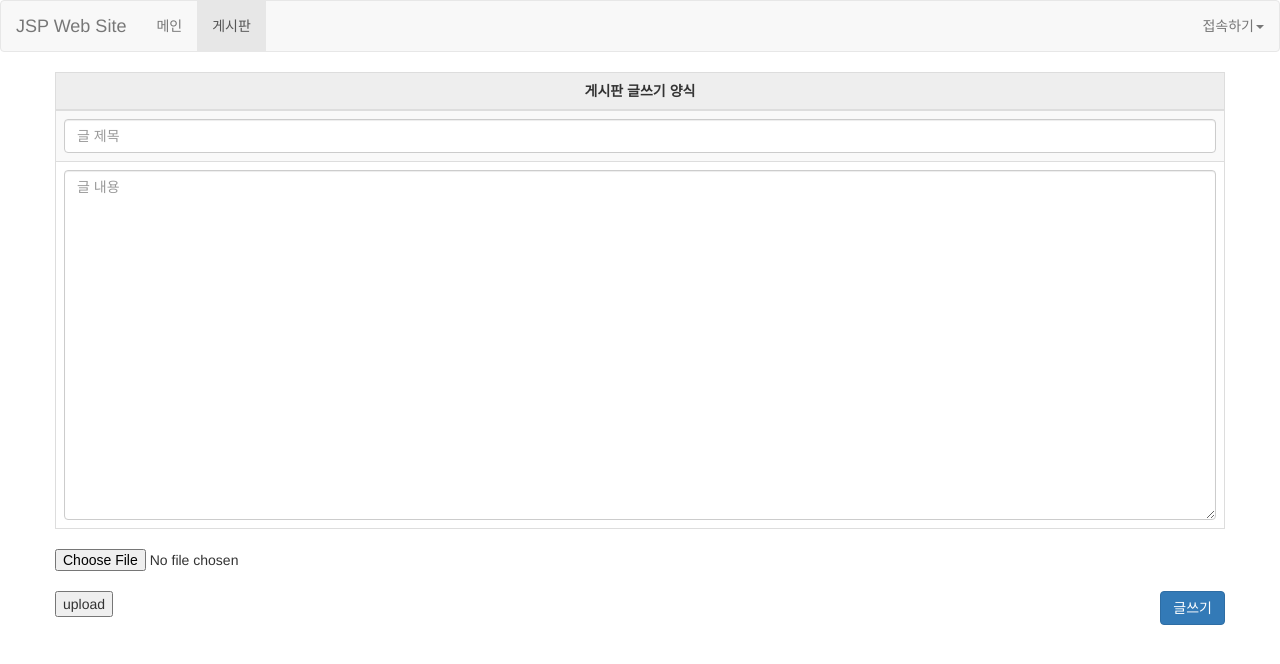
Repository: seung-kook/JSPBBSUPLOAD
Page: http://localhost/BBS/write.jsp
An editor plug-in stored every save of this project. The page is shown before and after the next save, followed by the edit.
The browser window is 1280 px wide. The pictures show the whole page.
Some web libraries are served in a nearby version. The page is served by Tomcat 9.

Above is the page before, as saved 2022-03-15 00:56:42.

After the next save:
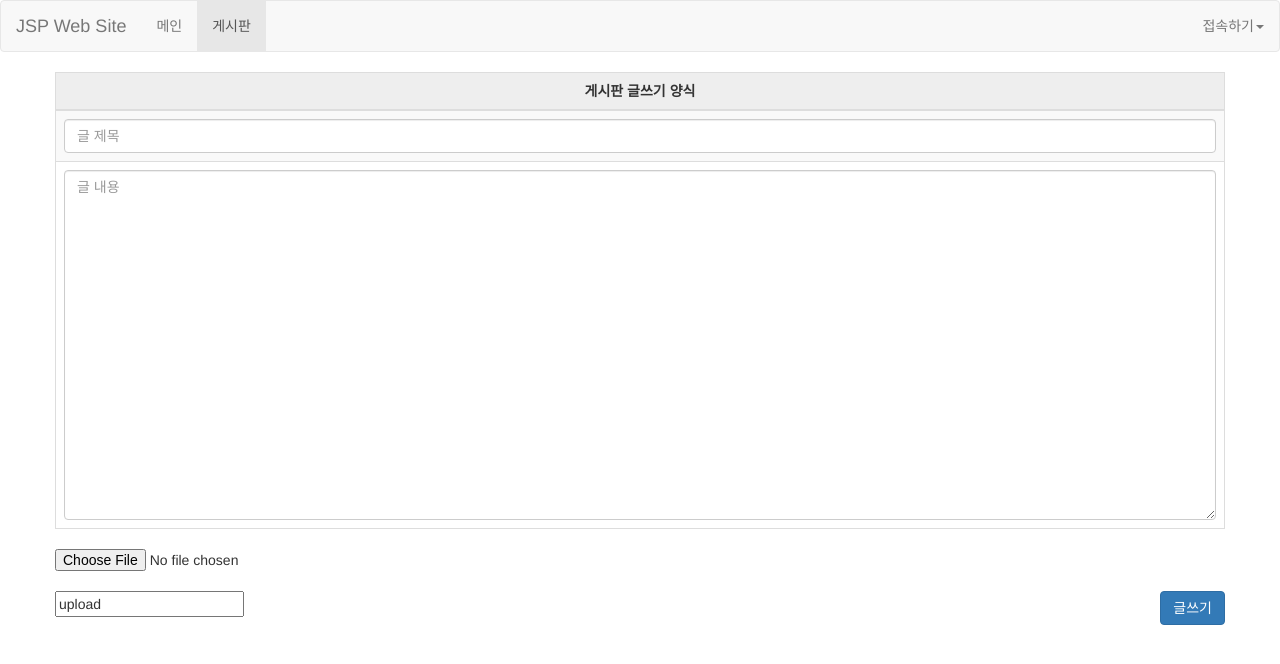
Saved 67 s later.
--- a/BBS/src/main/webapp/write.jsp
+++ b/BBS/src/main/webapp/write.jsp
@@ -84,7 +84,7 @@
 				</table>
 				<form method="post" action="" enctype="multipart/form-data">
 				<input type="file" name="file"><br>
-				<input type="submit" value="upload">
+				<input type="upload" value="upload">
 				<input type="submit" class="btn btn-primary pull-right" value="글쓰기">
 			</form>
 		</div>
